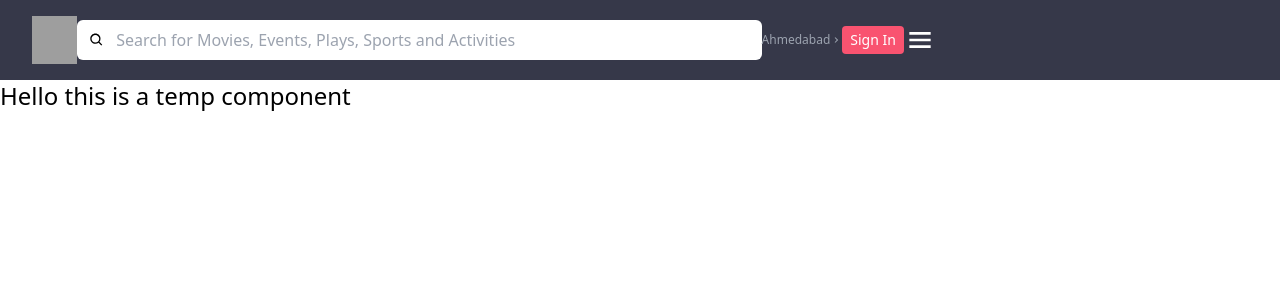
Repository: srush-shah/book-my-show-clone
Page: /
The author's editor kept a copy of each file at every save. The page is drawn from the files as they stood at one save, then again after a run of saves.
The browser window is 1280 px wide. The pictures show the whole page.
Pictures or frames that could not be fetched are drawn as grey boxes. The project was rebuilt for these pictures with package versions that can differ from the ones it lists, and the page was loaded fresh each time.

Above is the page before, as saved 2022-11-23 02:33:38.

After the next 2 saves:
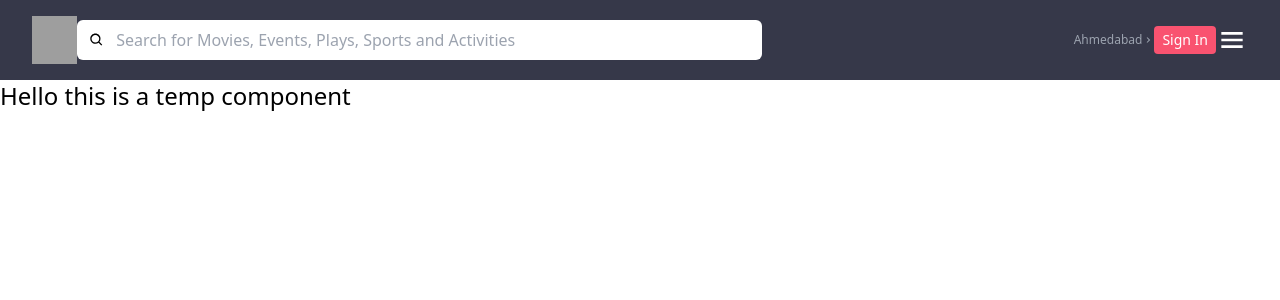
The 2 saves are shown as one change because they came seconds apart.
The last was saved 27 s later.
--- a/src/components/Navbar/navbar.component.jsx
+++ b/src/components/Navbar/navbar.component.jsx
@@ -33,7 +33,7 @@ const NavMd = () => {
 const NavLg = () => {
   return (
     <>
-      <div className="container mx-auto px-4 flex items-center">
+      <div className="container mx-auto px-4 flex items-center justify-between">
         <div className="flex items-center w-3/5">
           <div className="w-12 h-12">
             <img
